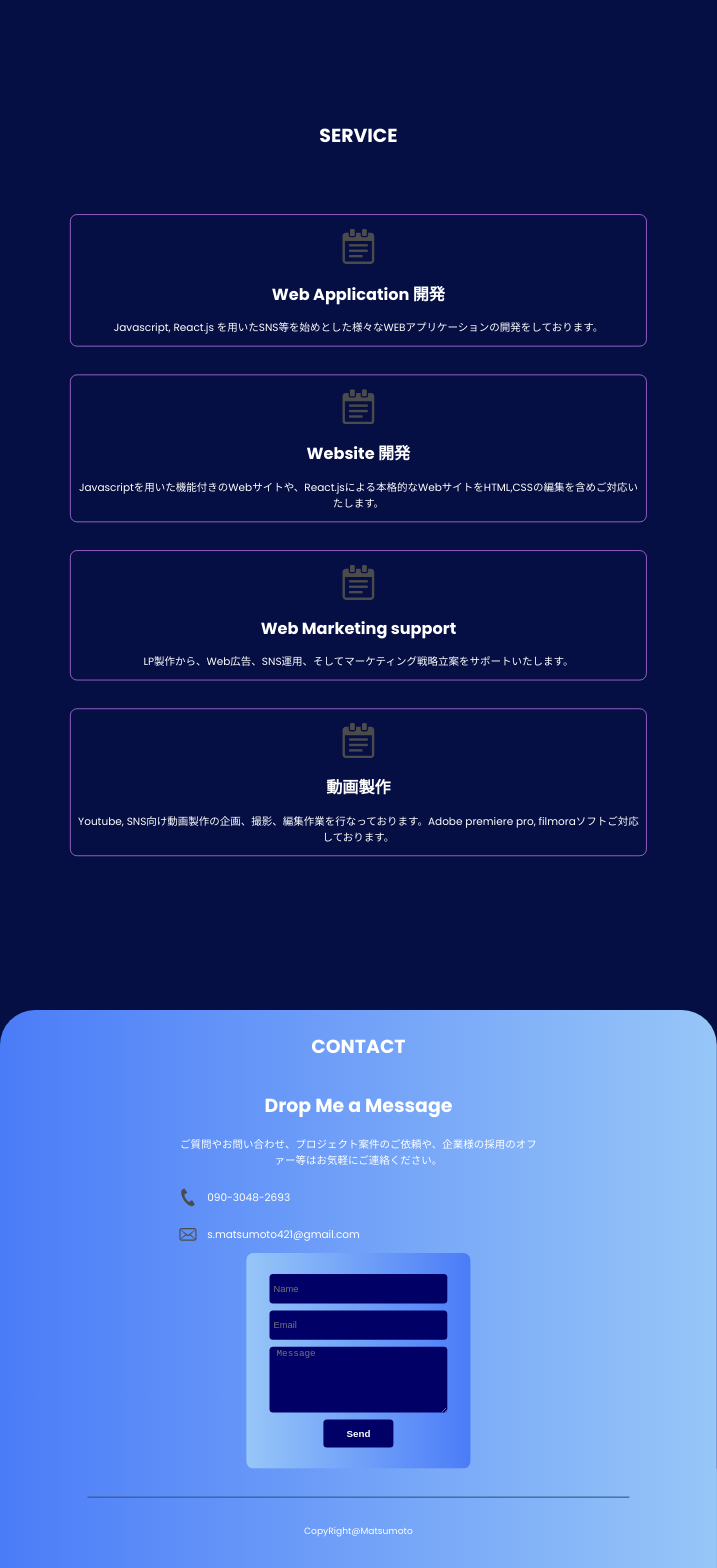
Repository: Seiya00002/my-portfolio-website2
Page: /
These files come from the project's save history. The page is drawn as it stood at one moment and after a run of saves; the edit follows.
The browser window is 1024 px wide. The pictures show the part of the page from y = 3450 to 5690 px (the page is 5690 px tall), at 70% of full size.
Some web fonts or font styles are not loaded; a fallback is used. The project was rebuilt for these pictures with package versions that can differ from the ones it lists, and the page was loaded fresh each time.

Above is the page before, as saved 2023-09-27 14:42:53.

### src/index.css
body {
  margin: 0;
  font-family: -apple-system, BlinkMacSystemFont, 'Segoe UI', 'Roboto', 'Oxygen',
    'Ubuntu', 'Cantarell', 'Fira Sans', 'Droid Sans', 'Helvetica Neue',
    sans-serif;
  -webkit-font-smoothing: antialiased;
  -moz-osx-font-smoothing: grayscale;
  background-color: rgb(5, 15, 67);
}

code {
  font-family: source-code-pro, Menlo, Monaco, Consolas, 'Courier New',
    monospace;
}

### src/App.tsx
import React from 'react';
import logo from './logo.svg';
import './App.css';
import Header from './Components/Header';
import Homepage from './Components/Homepage';
import Footer from './Components/Footer';

function App() {
  return (
    <div className="App">
      <Header />
      <Homepage />
      <Footer />
    </div>
  );
}

export default App;

### src/App.css
@import url('https://fonts.googleapis.com/css2?family=Dela+Gothic+One&family=Poppins:wght@300;400;500;600;700&display=swap');


.App {
  align-items: center;
  font-size: 18px;
  height: 100vh;
  width: 100%;
}

h1, h2, h3, p, a, label {
  color: white;
  font-family: 'Poppins', sans-serif;
}

p {
  font-size: 15px;
}

.header {
  height: 80px;
  display: flex;
  /* justify-content: space-around; */
  align-items: center;
  text-align: left;
  width: 100%;
  margin: 0 auto;
  color: white;
  position: fixed;
  background-color: rgb(5, 15, 67);
  z-index: 10;
}
.header-left {
  margin-right: auto;
  padding-left: 80px;
}

.header-right {
  padding-right: 30px;
}

nav ul li {
  list-style: none;
  display: inline-block;
  margin-right: 60px;
}

nav ul li a {
  font-size: 15px;
  color: white;
  text-decoration: none;
  transition: all 0.2s;
}

nav ul li a:hover {
  color: rgb(36, 89, 250);
}

.container {
  padding: 80px;
}

.title {
  position: relative;
  padding-bottom: 120px;
}

.title p{
  font-size: 20px;
  position: absolute;
}

.title h1{
  font-family: 'Dela Gothic One', cursive;
  font-size: 40px;
  padding-top: 45px;
}

.button {
  display       : inline-block;
  border-radius : 10px;
  font-size     : 12pt;
  text-align    : center;
  cursor        : pointer;
  padding       : 17px 45px;
  background: linear-gradient(to left, #97c6f8, #4b7cf8);
  color         : #ffffff;
  line-height   : 1em;
  transition    : .5s;
  border        : none;
  text-decoration: none;
}
.button:hover {
  color         : #000066;
  background    : #ffffff;
}

#about-me {
  display: flex;
  width: 100%;
  margin-bottom: 120px;
}

.about-me img {
  height: 300px;
  width: 300px;
  object-fit: cover;
}
.section-title {
  display: flex;
  justify-content: center;
  padding: 50px 0;
}

#portfolio {
  margin-bottom: 120px;
}

.project {
  display: flex;
  /* padding: 50px 0; */
}

.project h3 {
  color: #4b7cf8;
  font-weight: 400;
}

.right-contents {
  align-items: center;
  padding-left: 100px;
}

.left-contents {
  padding-right: 100px;
}

.project img {
  width: 560px;
  height: 280px;
  object-fit: cover;
}

#skill {
  margin-bottom: 120px;
}

.skill-section {
  justify-content: center;
  align-items: center;
  flex-wrap: wrap;
}

.tech-icon {
  padding-right: 5%;
  text-align: center;
  height: 80px;
  width: 20%;
  margin-bottom: 100px;
}


.tech-icon img {
  width: 100%;
  height: 100%;

}

.skill-section {
  display: flex;
}

#service {
  margin-bottom: 120px;
}

.service-description {
  display: flex;
  flex-wrap: wrap;
  align-items: center;
  justify-content: center;
}

.service-box {
  width: 40%;
  border: #ca82fd solid 1px;
  height: 280px;
  margin: 20px 20px;
  padding: 0 10px;
  border-radius: 10px;
  justify-content: center;
  text-align: center;
}

.service-title {
  padding-top: 20px;
}

.service-title h2 {
  font-size: 23px;
}

.service-title img {
  width: 50px;
  height: 50px;
}

#contact {
  background: linear-gradient(to left, #97c6f8, #4b7cf8);
  border-radius: 50px 50px 0 0;
  width: 100%;
  margin: 0 auto;
  justify-content: center;
  align-items: center;
}

.contact-wrapper {
  display: flex;
  justify-content: center;
  align-items: center;
}

.contact-description {
  width: 50%;
  padding: 0 30px;
  margin: 0 auto;
}

.info-detail {
  display: flex;
  align-items: center;
}

.info-detail img {
  width: 25px;
  height: 25px;
  margin-right: 15px;
}

.contact-outer {
  width: 50%;
}

.contact-section {
  display: flex;
  flex-direction: column;
  justify-content: center;
  align-items: center;
  padding: 30px 0;
  margin: 0 auto;
  background: linear-gradient(to right, #97c6f8, #4b7cf8);
  width: 320px;
  border-radius: 10px;
}

.contact-section-title {
  display: flex;
  justify-content: center;
  padding-top: 10px;
}

.contact-section input {
  width: 250px;
  height: 40px;
  margin-bottom:  10px;
  border: none;
  border-radius: 5px;
  background-color: #000066;
  color: white;
}

.contact-section textarea {
  width: 250px;
  height: 90px;
  margin-bottom:  10px;
  border: none;
  border-radius: 5px;
  background-color: #000066;
  color: white;
}

.contact-section button {
  height: 40px;
  width: 100px;
  border-radius: 5px;
  border: none;
  background-color: #000066;
  color: white;
  font-weight: 600;
  font-size: 14px;
  transition: .3s;
}

.contact-section button:hover {
  background-color: white;
  color: #000066;
}

.footer {
  padding: 30px;
  background: linear-gradient(to left, #97c6f8, #4b7cf8);
}

.footer p {
  text-align: center;
  font-size: small;
  padding-top: 25px;
}

hr {
  width: 80%;
  text-align: center;
  border: #305883 solid 0.5px;
  margin: 10px auto;
}

@media screen and (max-width: 1024px) {
  nav ul li {
    margin-right: 30px;
  }

  nav ul li a  {
    font-size: 12px;
  }

  #about-me {
    display: block;
    width: 100%;
    justify-content: center;
    text-align: center;
  }

  .project {
    display: block;
    justify-content: center;
    text-align: center;
    width: 100%;
  }

  .right-contents {
    padding: 0;
  }

  .left-contents {
    padding: 0;
  }

  .project img {
    width: 100%;
    height: auto;
    max-width: 560px;
    max-height: 280px;
  }

  .service-box {
    width: 100%;
    height: auto;
  }

  .contact-wrapper {
    display: block;
    justify-content: center;
    text-align: center;
    align-items: center;
  }

  .contact-description {
    display: block;
    justify-content: center;
    text-align: center;
    align-items: center;
  }

  .contact-outer {
    display: block;
    justify-content: center;
    text-align: center;
    align-items: center;
    margin: 0 auto;
  }

  .contact-section {
    left: 0;
  }
}

### src/Components/Header.tsx
import React from 'react'

const Header = () => {
  return (
    <div className='header'>
        <div className='header-left'>
            <h3>Portfolio Site</h3>
        </div>
        <div className='header-right'>
            <nav>
                <ul>
                    <li>
                        <a href='#top'>HOME</a>
                    </li>
                    <li>
                        <a href='#portfolio'>PORTFOLIO</a>
                    </li>
                    <li>
                        <a href='#skill'>SKILL</a>
                    </li>
                    <li>
                        <a href='#service'>SERVICE</a>
                    </li>
                    <li>
                        <a href='#contact'>CONTACT</a>
                    </li>
                </ul>
            </nav>
        </div>
    </div>
  )
}

export default Header

### src/Components/Homepage.tsx
import React from 'react'

const Homepage = () => {

  return (
    <div className='container'>
        <div className='title'>
            <p>I'm a</p>
            <h1>Web Developer</h1>
            <a href='#portfolio' className='button'>Previous Project</a>
        </div>

        <div className='about-me' id='about-me'>
            <img src='/image/m-drawing.jpg' alt='profile-image' />
            <div className='right-contents'>
                <h2>Amout me</h2>
                <p>Webアプリケーションを中心に個人開発をしております。主にJavascript/React/HTML/CSSを扱っています。
                直近はマーケティング関連の仕事をしていたので、マーケティング戦略をしっかりと加味したWEBサイトやLP製作
                も行なっております。
                <br></br>趣味はサーフィンと、それを動画撮影・編集する事です。</p>
                <a href='#contact' className='button'>Contact me</a>
            </div>
        </div>

        <div id='portfolio'>
            <div className='section-title'>
                <h2>PORTFOLIO</h2>
            </div>
            <div className='project'>
                <div className='left-contents'>
                    <h3>PROJECT 1</h3>
                    <h2>メンバー制SNS アプリケーション開発</h2>
                    <p>「Seeds Surfers」観葉植物系Youtubeチャンネル「cova.amigo」視聴者様向けの、メンバー専用投稿サイトを製作しました。
                        観葉植物の育成方法などを配信するYoutuberとその視聴者、そして視聴者同士でコミュニケーションを
                        深める事を目的とし、コミュニティー感を作りチャンネルの有料メンバーシップやオンラインサロン構築への足掛かりとする
                        計画のプロジェクトです。
                    </p>
                </div>
                <img src='/image/seeds-surfers-image.png'
                    alt='Seeds-Surfers-image'
                />

            </div>
            <div className='project'>
                <div className='left-contents'>
                    <h3>PROJECT 2</h3>
                    <h2>LP 製作</h2>
                    <p>私自身の個人事業の、植物専門輸入事業「Seeds Surf」の宣伝LPを製作し運用しております。具体的なコストがすぐに
                        見えずらく売上に中々結び付かない課題を解消すべく、すぐにコストを試算できる機能を実装し、分かり易いコスト
                        提示にて顧客注文増加を目指しております。
                    </p>
                </div>
                <img src='/image/seeds-surf-lp-image.png'
                    alt='Seeds-Surf-lp-image'
                    />
            </div>
            <div className='project'>
                <div className='left-contents'>
                    <h3>PROJECT 3</h3>
                    <h2>動画製作</h2>
                    <p>Youtubeチャンネルを立ち上げから、撮影、編集、分析を含む運営を約2年間行いました。チャンネル登録者は約8千人、
                        販売売上80%増を達成しました。ニッチな分野のジャンルで、無名の状態から業界では知られた存在となり、人気を
                        獲得し売り上げにつながりました。テレビ風の面白おかしい、サボテン系植物の解説系動画チャンネルです。
                    </p>
                </div>
                <img src='/image/youtube-image.png'
                    alt='movie-project-image'
                />
            </div>
        </div>

        <div id='skill'>
            <div className='section-title'>
                <h2>SKILL</h2>
            </div>
            <div className='skill-section'>
                <div className='tech-icon'>
                    <img src='/image/html-5-icon.svg' />
                    <p>HTML</p>
                </div>
                <div className='tech-icon'>
                    <img src='/image/css-3-icon.svg' />
                    <p>CSS</p>
                </div>
                <div className='tech-icon'>
                    <img src='/image/javascript-icon.svg' />
                    <p>Javascript</p>
                </div>
                <div className='tech-icon'>
                    <img src='/image/react-icon.svg' />
                    <p>React.JS</p>
                </div>
                <div className='tech-icon'>
                    <img src='/image/typescript-icon.svg' />
                    <p>Typescript</p>
                </div>
                <div className='tech-icon'>
                    <img src='/image/nodejs-icon.svg' />
                    <p>Node.JS</p>
                </div>
                <div className='tech-icon'>
                    <img src='/image/firebase-icon.svg' />
                    <p>Firebase</p>
                </div>
                <div className='tech-icon'>
                    <img src='/image/adobe-premiere-icon.svg' />
                    <p>Adobe preiere pro</p>
                </div>
            </div>
        </div>

        <div id='service'>
            <div className='section-title'>
                <h2>SERVICE</h2>
            </div>
            <div className='service-description'>
                <div className='service-box'>
                    <div className='service-title'>
                        <img src='/image/memo-app-icon.svg' />
                        <h2>Web Application 開発</h2>
                    </div>
                    <p>Javascript, React.js を用いたSNS等を始めとした様々なWEBアプリケーションの開発をしております。</p>
                </div>
                <div className='service-box'>
                <div className='service-title'>
                        <img src='/image/memo-app-icon.svg' />
                        <h2>Website 開発</h2>
                    </div>
                    <p>Javascriptを用いた機能付きのWebサイトや、React.jsによる本格的なWebサイトをHTML,CSSの編集を含めご対応いたします。</p>
                </div>
                <div className='service-box'>
                <div className='service-title'>
                        <img src='/image/memo-app-icon.svg' />
                        <h2>Web Marketing support</h2>
                    </div>
                    <p>LP製作から、Web広告、SNS運用、そしてマーケティング戦略立案をサポートいたします。</p>
                </div>
                <div className='service-box'>
                <div className='service-title'>
                        <img src='/image/memo-app-icon.svg' />
                        <h2>動画製作</h2>
                    </div>
                    <p>Youtube, SNS向け動画製作の企画、撮影、編集作業を行なっております。Adobe premiere pro, filmoraソフトご対応しております。</p>
                </div>
            </div>
        </div>


    </div>
  )
}

export default Homepage

### src/Components/Footer.tsx
import React from 'react'
import { useState } from 'react';

const Footer = () => {

  const [ name, setName] = useState<string>("");
  const [ email, setEmail] = useState<string>("");
  const [ message, setMessage] = useState<string>("");

  const handleSubmit = async (e:any) => {
    e.preventDefault();

    try {
      const response = await fetch('https://formspree.io/f/xrgwynvb', {
        method: 'POST',
        headers: {
          'Content-Type': 'application/json',
        },
        body: JSON.stringify({
          name,
          email,
          message,
        }),
      });

      if (response.ok) {
        alert('メッセージが送信されました。');
        setName('');
        setEmail('');
        setMessage('');
      } else {
        alert('メッセージの送信に失敗しました。');
      }
    } catch (error) {
      console.log('送信エラー:', error);
    }
  };

  return (
            <div id='contact'>
              <div className='contact-section-title'>
                  <h2>CONTACT</h2>
              </div>
              <div className='contact-wrapper'>
                <div className='contact-description'>
                  <h2>Drop Me a Message</h2>
                  <p>ご質問やお問い合わせ、プロジェクト案件のご依頼や、企業様の採用のオファー等はお気軽にご連絡ください。</p>
                  <div className='info-detail'>
                    <img src='/image/tel-logo.png'
                    alt='Mobile-icon'
                    />
                    <p>090-3048-2693</p>
                  </div>
                  <div className='info-detail'>
                    <img src='/image/mail-icon.svg'
                    alt='Email-icon'
                    />
                    <p>s.matsumoto421@gmail.com</p>
                  </div>
                </div>
                <div className='contact-outer'>
                    <form onSubmit={handleSubmit} className='contact-section'>
                      <input
                          placeholder=' Name'
                          type='text'
                          onChange={(e) => setName(e.target.value)}
                          required
                      />
                      <input
                          placeholder=' Email'
                          type='text'
                          onChange={(e) => setEmail(e.target.value)}
                          required
                      />
                      <textarea
                          placeholder=' Message'
                          onChange={(e) => setMessage(e.target.value)}
                          required
                          ></textarea>
                      <button type='submit'>Send</button>
                    </form>
                </div>
              </div>
              <div className='footer'>
                      <hr></hr>
                      <p>CopyRight@Matsumoto</p>
              </div>
            </div>
         )
}

export default Footer

Loaded but not shown: public/index.html (common file); src/index.tsx (common file); src/reportWebVitals.ts (common file)

After the next 3 saves:
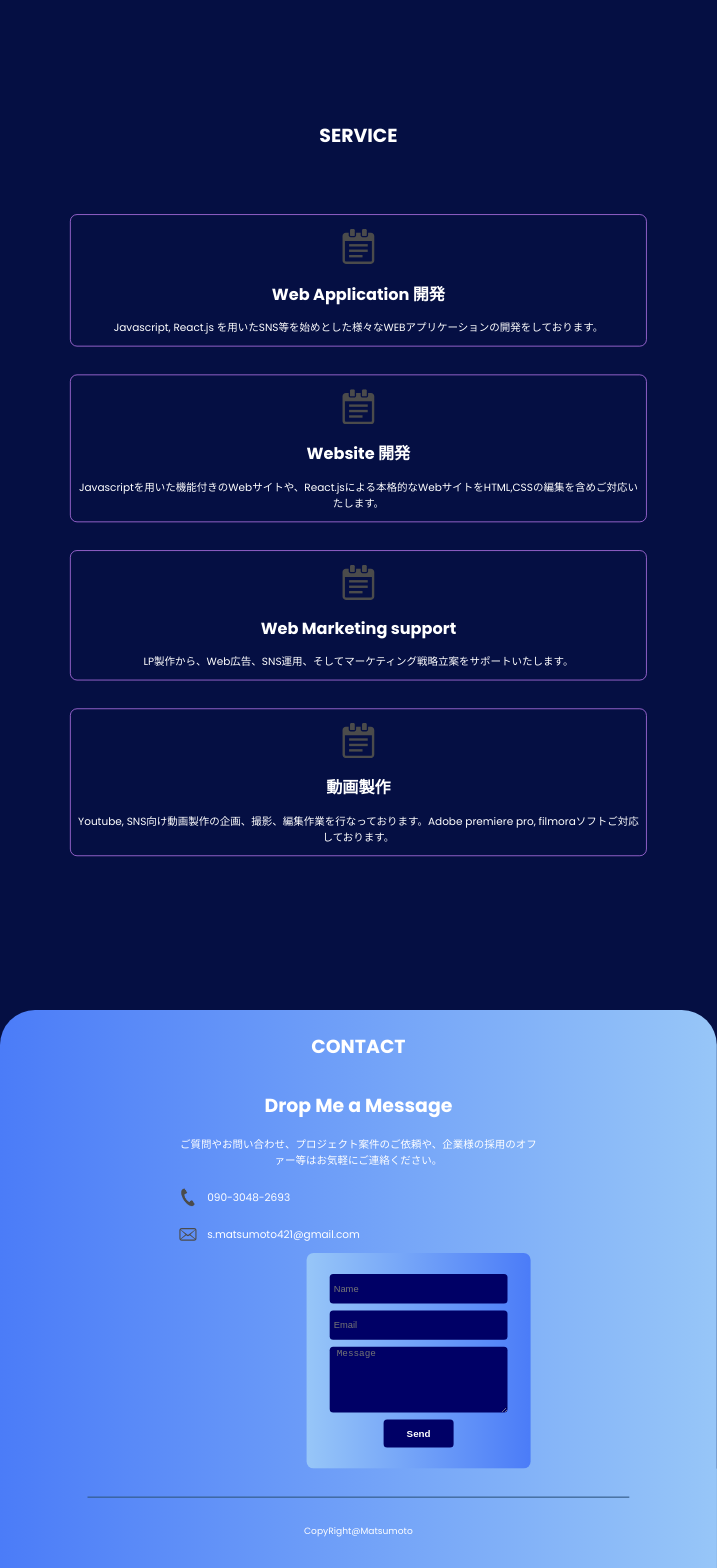
The 3 saves are shown as one change because they came seconds apart.
The last was saved 32 s later.
--- a/src/App.css
+++ b/src/App.css
@@ -380,6 +380,6 @@
   }
 
   .contact-section {
-    left: 0;
-  }
-}
+    margin-right: 10px;
+  }
+}
